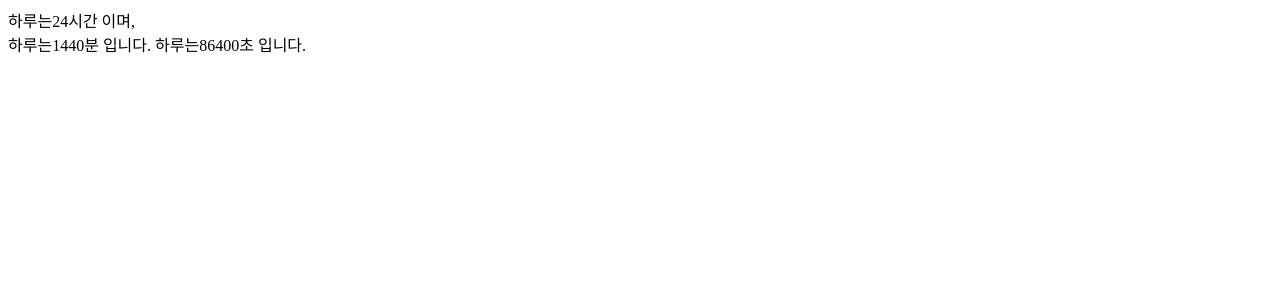
Repository: gambler1541/JSP
Page: http://localhost/first_jsp/jsp_1/scriptlet.jsp
The author's editor kept a copy of each file at every save. The page is drawn from the files as they stood at one save, then again after the next save.
The browser window is 1280 px wide. The pictures show the whole page.
The page is served by Tomcat 9. Other server files are loaded and not shown.

Above is the page before, as saved 2020-06-22 05:48:08.

### first_jsp/WebContent/jsp_1/scriptlet.jsp
<%@ page language="java" contentType="text/html; charset=UTF-8"
    pageEncoding="UTF-8"%>
<!DOCTYPE html>
<html>
<head>
<meta charset="UTF-8">
<title>JSP 예제 scriptlet.jsp</title>
</head>
<body>
	<% int i = 24; %>

	<%
		out.println("하루는" + i + "시간 이며, <br>");
		out.println("하루는" + i * 60 + "분 입니다.");
		out.println("하루는" + i * 60 * 60  + "초 입니다.");
	%>
</body>
</html>

After the next save:
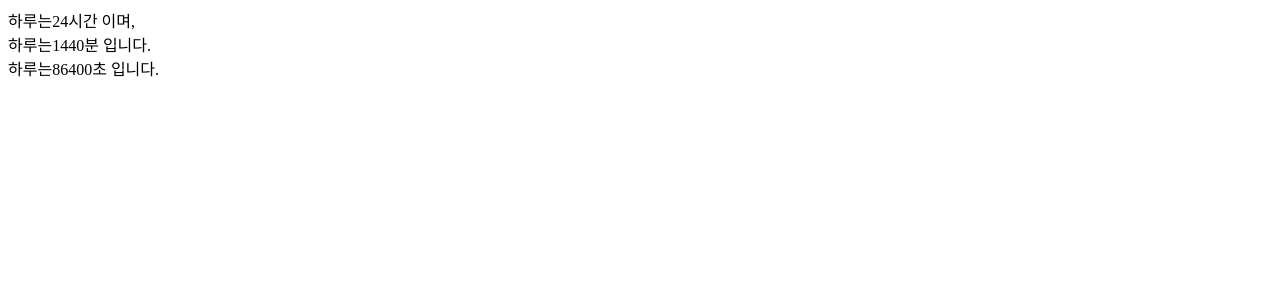
Saved 20 s later.
--- a/first_jsp/WebContent/jsp_1/scriptlet.jsp
+++ b/first_jsp/WebContent/jsp_1/scriptlet.jsp
@@ -11,7 +11,7 @@
 
 	<%
 		out.println("하루는" + i + "시간 이며, <br>");
-		out.println("하루는" + i * 60 + "분 입니다.");
+		out.println("하루는" + i * 60 + "분 입니다. <br>");
 		out.println("하루는" + i * 60 * 60  + "초 입니다.");
 	%>
 </body>
